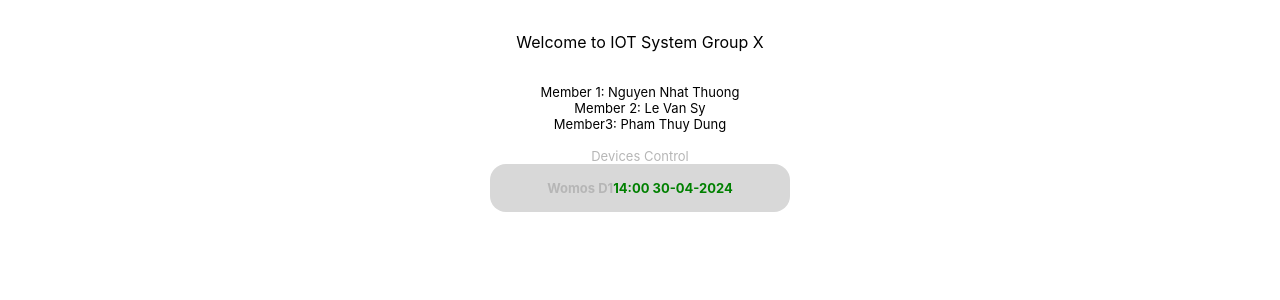
Repository: ngnhthuong/IOT_LAB
Page: /
An editor plug-in stored every save of this project. The page is shown before and after the next save, followed by the edit.
The browser window is 1280 px wide. The pictures show the whole page.
The project was rebuilt for these pictures with package versions that can differ from the ones it lists, and the page was loaded fresh each time.

Above is the page before, as saved 2024-04-23 14:48:33.

After the next save:
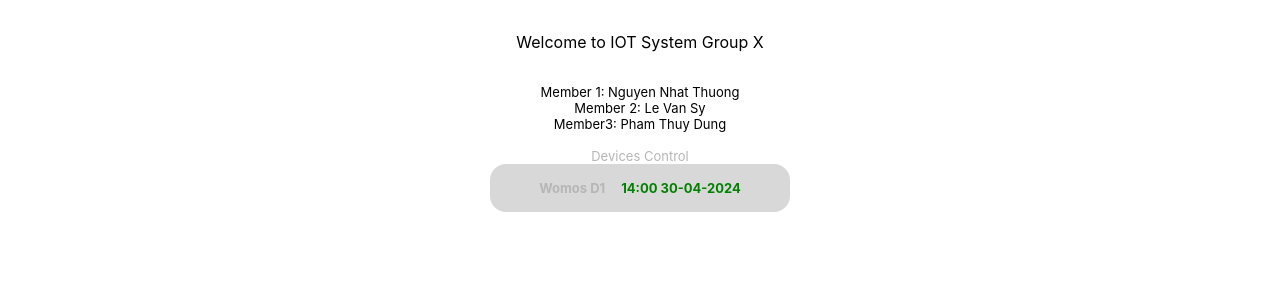
Saved 4 s later.
--- a/src/App.css
+++ b/src/App.css
@@ -52,7 +52,7 @@
   justify-content: center;
   align-items: center;
   flex-direction: row;
-  gap: ;
+  gap: 1rem;
 }
 
 .name{
